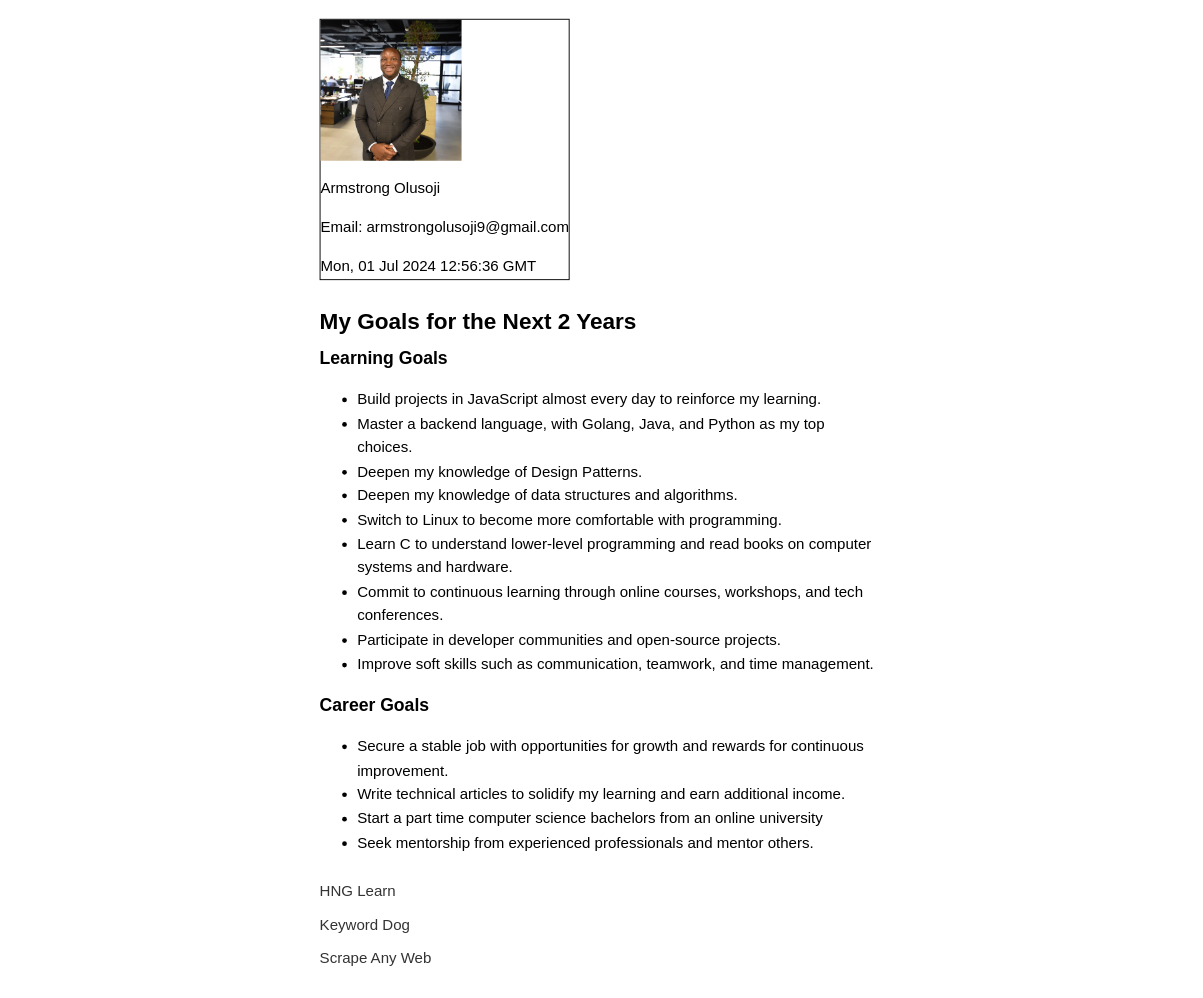
Repository: Armstrong2035/hng-project-one
Page: index.html
An editor plug-in stored every save of this project. The page is shown before and after the next save, followed by the edit.
The browser window is 1280 px wide. The pictures show the whole page, at 94% of full size.

Above is the page before, as saved 2024-07-01 16:33:06.

After the next save:
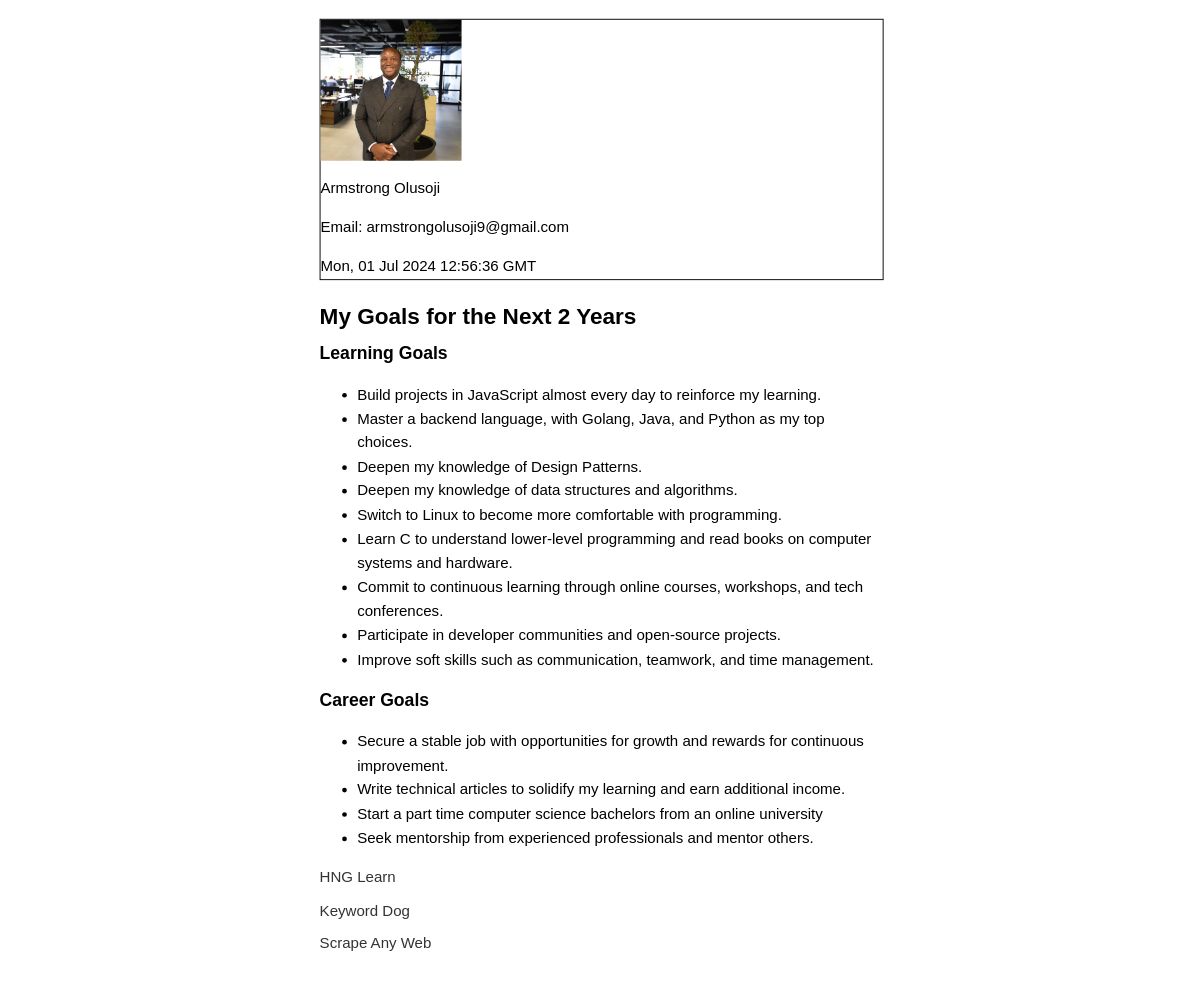
Saved 3 min 17 s later.
--- a/style.css
+++ b/style.css
@@ -9,9 +9,6 @@ body {
   max-width: 800px;
   margin: 0 auto;
   padding: 20px;
-  display: flex;
-  flex-direction: column;
-  align-items: flex-start;
 }
 
 .profile-card {
